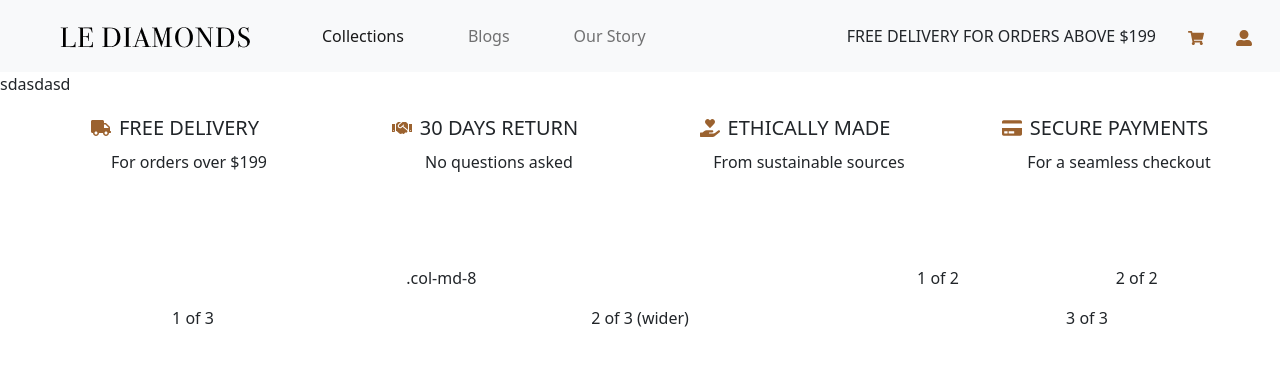
Repository: farrelmuhammad/lediamonds-vi8e
Page: /
The author's editor kept a copy of each file at every save. The page is drawn from the files as they stood at one save, then again after the next save.
The browser window is 1280 px wide. The pictures show the whole page.
The project was rebuilt for these pictures with package versions that can differ from the ones it lists, and the page was loaded fresh each time. Also part of the build but not shown: src/App.css.

Above is the page before, as saved 2022-09-17 11:42:45.

After the next save:
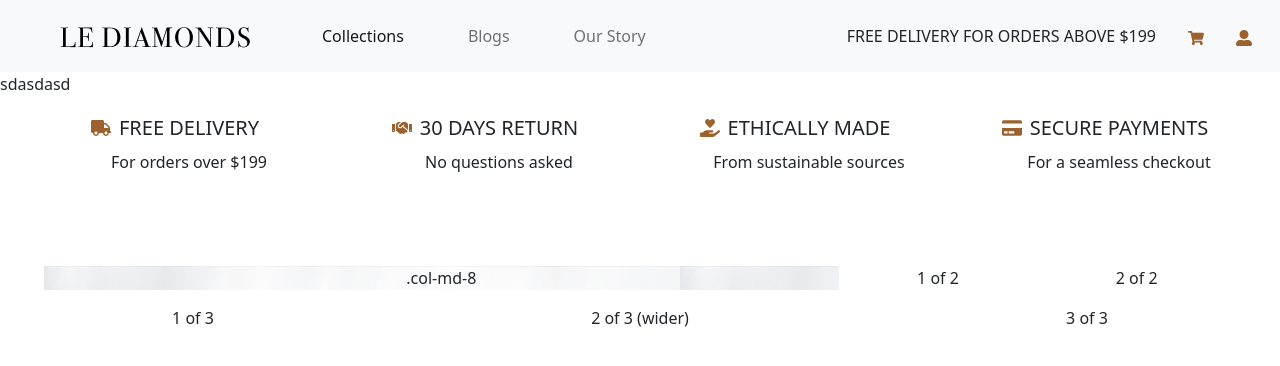
Saved 39 s later.
--- a/src/index.css
+++ b/src/index.css
@@ -21,3 +21,7 @@
 .content {
   justify-content: center;
 }
+
+.cat-1 {
+  background: url("./assets/images/bg-1.png");
+}
